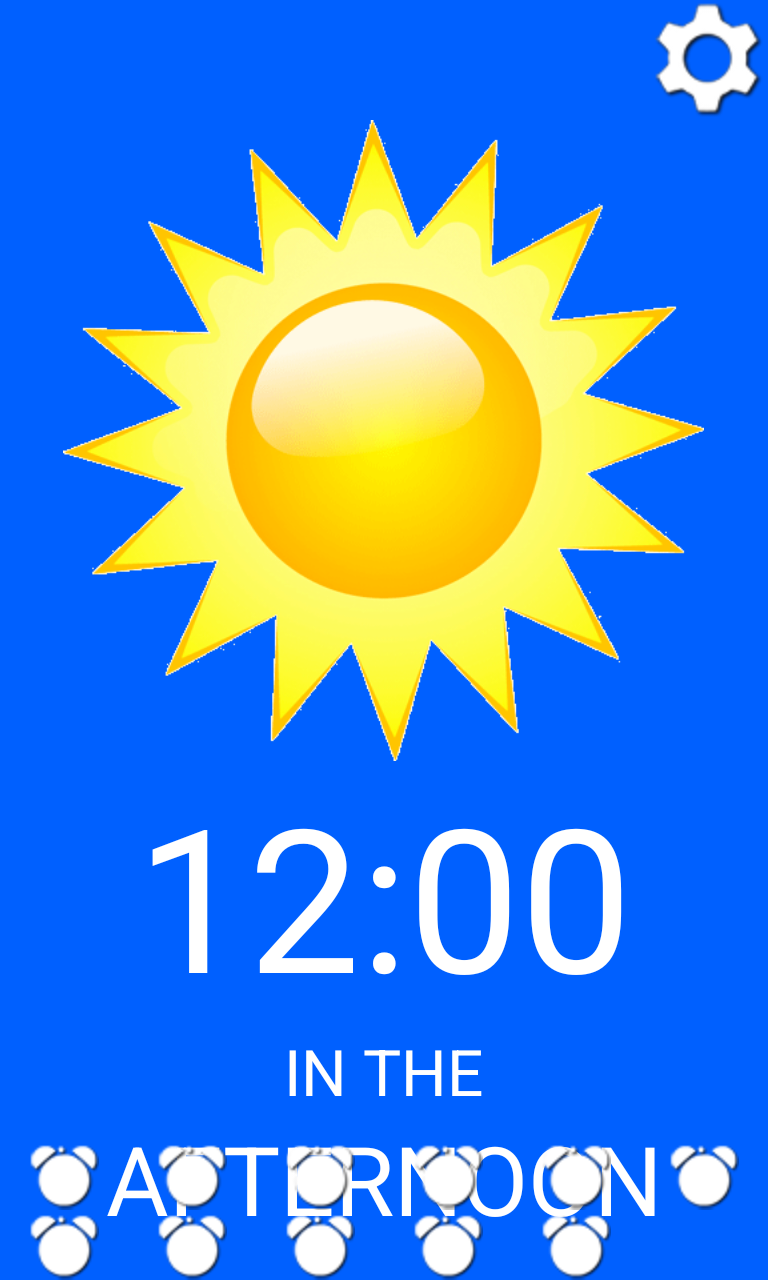
Repository: DinkyDetailsLLC/ADP2
Layout: WakeTimerforKids/res/layout/activity_main.xml
The author's editor kept a copy of each file at every save. The layout is drawn from the files as they stood at one save, then again after the next save.
It is drawn on a 768 x 1280 px phone screen (xhdpi) without system bars, with theme AppTheme; the app's code is not run.

Above is the layout before, as saved 2014-02-13 01:57:54.

### WakeTimerforKids/res/layout/activity_main.xml
<?xml version="1.0" encoding="utf-8"?>
<RelativeLayout xmlns:android="http://schemas.android.com/apk/res/android"
    android:layout_width="match_parent"
    android:layout_height="match_parent"
    android:background="#0060ff" >

    <LinearLayout
        android:id="@+id/linearLayout1"
        android:layout_width="match_parent"
        android:layout_height="wrap_content"
        android:orientation="vertical" >

        <RelativeLayout
            android:layout_width="match_parent"
            android:layout_height="wrap_content" >

            <TextView
                android:id="@+id/textView1"
                android:layout_width="wrap_content"
                android:layout_height="wrap_content"
                android:layout_alignParentRight="true"
                android:layout_alignParentTop="true"
                android:background="@drawable/settings" />
        </RelativeLayout>

        <ImageView
            android:id="@+id/imageView1"
            android:layout_width="wrap_content"
            android:layout_height="wrap_content"
            android:layout_gravity="center"
            android:src="@drawable/sun" />


         <TextClock
        android:id="@+id/textclock1"
        android:layout_width="wrap_content"
        android:layout_height="wrap_content"
         android:layout_gravity="center"
        android:textColor="@color/white"
        android:textSize="100sp"
        android:format12Hour="h:mm"
        android:text="@string/clock" />



        <TextView
            android:id="@+id/textView2"
            android:layout_width="wrap_content"
            android:layout_height="wrap_content"
            android:layout_gravity="center"
            android:text="IN THE"
            android:textColor="@android:color/white"
            android:textSize="32sp" />

        <TextView
            android:id="@+id/textView2"
            android:layout_width="wrap_content"
            android:layout_height="wrap_content"
            android:layout_gravity="center"
            android:text="AFTERNOON"
            android:textColor="@android:color/white"
            android:textSize="48sp" />
    </LinearLayout>

    <LinearLayout
        android:layout_width="wrap_content"
        android:layout_height="wrap_content" >
    </LinearLayout>

    <LinearLayout
        android:id="@+id/bottomClocks"
        android:layout_width="match_parent"
        android:layout_height="wrap_content"
        android:layout_alignParentBottom="true" >

        <ImageView
            android:id="@+id/imageView2"
            android:layout_width="wrap_content"
            android:layout_height="wrap_content"
            android:layout_weight="1"
            android:src="@drawable/clock" />

        <ImageView
            android:id="@+id/imageView2"
            android:layout_width="wrap_content"
            android:layout_height="wrap_content"
            android:layout_weight="1"
            android:src="@drawable/clock" />

        <ImageView
            android:id="@+id/imageView2"
            android:layout_width="wrap_content"
            android:layout_height="wrap_content"
            android:layout_weight="1"
            android:src="@drawable/clock" />

        <ImageView
            android:id="@+id/imageView2"
            android:layout_width="wrap_content"
            android:layout_height="wrap_content"
            android:layout_weight="1"
            android:src="@drawable/clock" />

        <ImageView
            android:id="@+id/imageView2"
            android:layout_width="wrap_content"
            android:layout_height="wrap_content"
            android:layout_weight="1"
            android:src="@drawable/clock" />

        <ImageView
            android:id="@+id/imageView2"
            android:layout_width="wrap_content"
            android:layout_height="wrap_content"
            android:layout_weight="1"
            android:src="@drawable/clock"
            android:visibility="invisible" />
    </LinearLayout>

    <LinearLayout
        android:layout_width="match_parent"
        android:layout_height="wrap_content"
        android:layout_above="@+id/bottomClocks" >

        <ImageView
            android:id="@+id/imageView2"
            android:layout_width="wrap_content"
            android:layout_height="wrap_content"
            android:layout_weight="1"
            android:src="@drawable/clock" />

        <ImageView
            android:id="@+id/imageView2"
            android:layout_width="wrap_content"
            android:layout_height="wrap_content"
            android:layout_weight="1"
            android:src="@drawable/clock" />

        <ImageView
            android:id="@+id/imageView2"
            android:layout_width="wrap_content"
            android:layout_height="wrap_content"
            android:layout_weight="1"
            android:src="@drawable/clock" />

        <ImageView
            android:id="@+id/imageView2"
            android:layout_width="wrap_content"
            android:layout_height="wrap_content"
            android:layout_weight="1"
            android:src="@drawable/clock" />

        <ImageView
            android:id="@+id/imageView2"
            android:layout_width="wrap_content"
            android:layout_height="wrap_content"
            android:layout_weight="1"
            android:src="@drawable/clock" />

        <ImageView
            android:id="@+id/imageView2"
            android:layout_width="wrap_content"
            android:layout_height="wrap_content"
            android:layout_weight="1"
            android:src="@drawable/clock" />
    </LinearLayout>

</RelativeLayout>

### WakeTimerforKids/res/values/color.xml
<?xml version="1.0" encoding="utf-8"?>
<resources>
   <color name="white">#ffffff</color>
   <color name="black">#000000</color>
   <color name="blue">#0060ff</color>

</resources>

### WakeTimerforKids/res/values/strings.xml
<?xml version="1.0" encoding="utf-8"?>
<resources>

    <string name="app_name">WakeTimerforKids</string>
    <string name="action_settings">Settings</string>
    <string name="hello_world">Hello world!</string>
 	<string name="clock">Clock</string>
 	<string name="smallClockText">in the</string>
 	<string name="largeClockText">Afternoon</string>

</resources>

Loaded but not shown: WakeTimerforKids/res/values/styles.xml (common file); WakeTimerforKids/res/values-v11/styles.xml (common file); WakeTimerforKids/res/values-v14/styles.xml (common file)

After the next save:
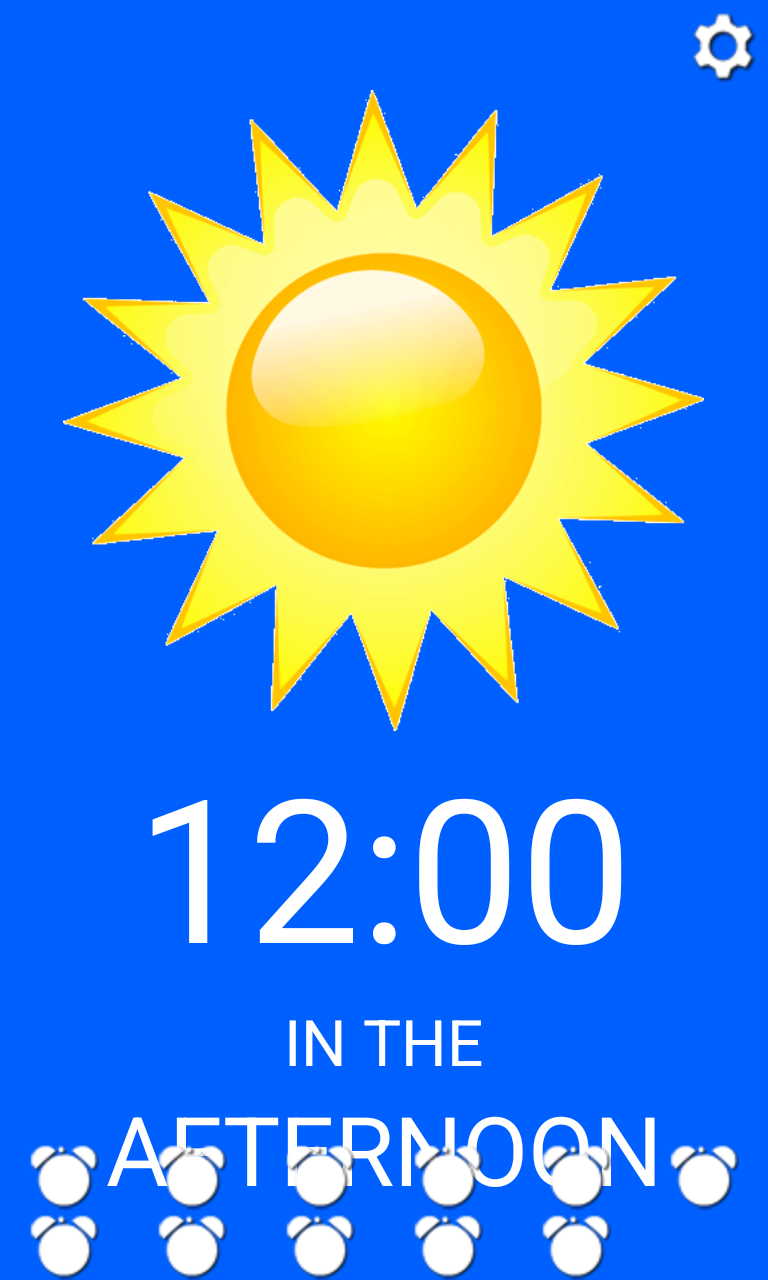
Saved 49 s later.
--- a/WakeTimerforKids/res/layout/activity_main.xml
+++ b/WakeTimerforKids/res/layout/activity_main.xml
@@ -20,7 +20,7 @@
                 android:layout_height="wrap_content"
                 android:layout_alignParentRight="true"
                 android:layout_alignParentTop="true"
-                android:background="@drawable/settings" />
+                android:background="@drawable/settingsmall" />
         </RelativeLayout>
 
         <ImageView
